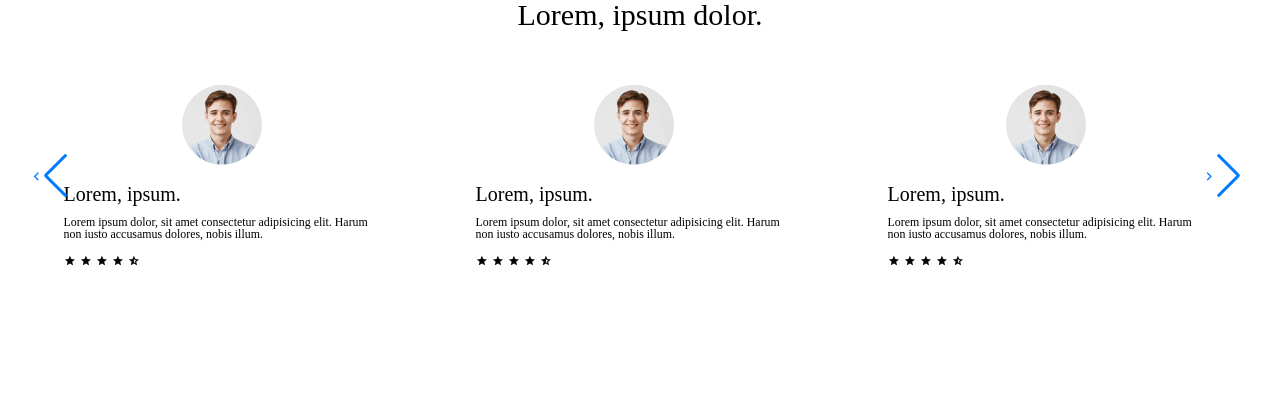
Repository: dinhhaidh/slider-3
Page: index.html
An editor plug-in stored every save of this project. The page is shown before and after a run of saves, followed by the edit.
The browser window is 1280 px wide. The pictures show the whole page.

Above is the page before, as saved 2024-03-22 22:02:24.

After the next 2 saves:
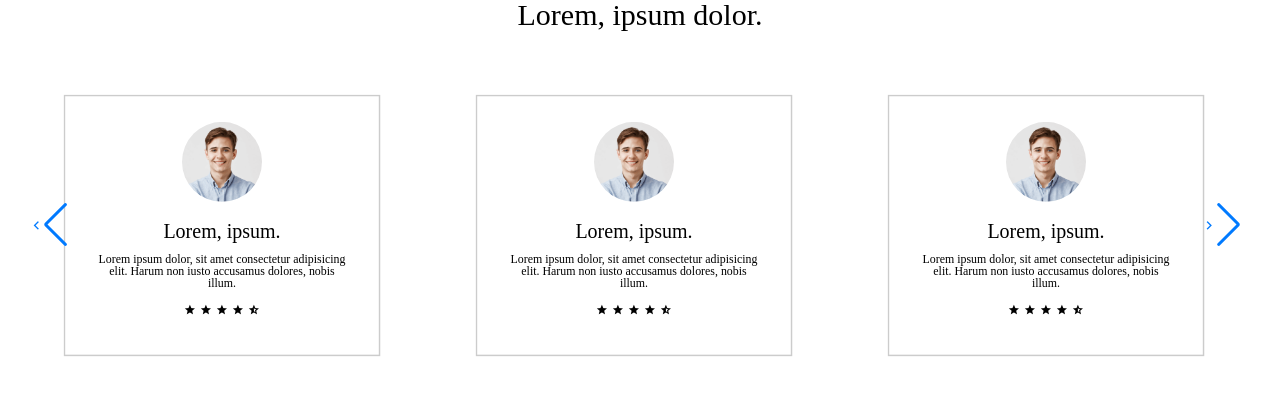
The 2 saves are shown as one change because they came seconds apart.
The last was saved 6 s later.
--- a/css/style.css
+++ b/css/style.css
@@ -51,9 +51,8 @@ body {
 }
 .new .swiper-slider-active,
 .new .swiper-slide-duplicate-active{
-
+  scale: 1;
 }
-.new .swiper-slide .swiper-slide-duplicate
 
 .new__article{
   padding: 2rem 2.5rem 3rem;
